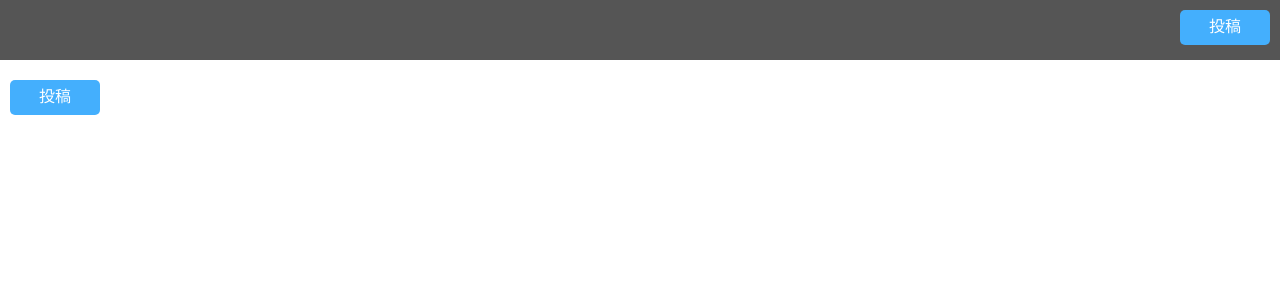
Repository: masaharu0090/yuibon_001
Page: http://localhost/html/index.php
The author's editor kept a copy of each file at every save. The page is drawn from the files as they stood at one save, then again after the next save.
The browser window is 1280 px wide. The pictures show the whole page.
The page is run by PHP 8.4 with error messages shown; the project is at /var/www/html/. Queries for data that is not in the repository find no rows.

Above is the page before, as saved 2023-08-01 16:03:20.

### ImagePosting_08.04/html/index.php
<!DOCTYPE html>
<html lang="ja">
<head>
  <meta charset="UTF-8">
  <meta http-equiv="X-UA-Compatible" content="IE=edge">
  <meta name="viewport" content="width=device-width, initial-scale=1.0">
  <link rel="stylesheet" href="../style.css">
  <title>画像投稿アプリ</title>
</head>
<body>
  <?php include('../dbConfig.php') ?>
  <?php include('../getDatas.php') ?>
  <?php include('./header.php') ?>
  <div class="imageList">
    <?php foreach ($data as $image) { ?>
      <a href="./imageDetail.php?id=<?php echo $image['id']; ?>"><img src="../images/<?php echo $image['file_name']; ?>" alt="投稿画像"></a>
    <?php }; ?>
</div>
<div>
    <button class="postImage" onclick="location.href='./postImageForm.php';">投稿</button>
  </div>
</body>
</html>

### ImagePosting_08.04/dbConfig.php
<?php

$dbName = "mysql:host=localhost;dbname=imageposting";
$userName = "yuibonn_user";
$password = "yuibonn0900";

try {
    $db = new PDO($dbName, $userName, $password);
} catch (\Throwable $th) {
    exit();
}

### ImagePosting_08.04/getDatas.php
<?php

$uri = $_SERVER['REQUEST_URI'];

if (strpos($uri, 'imageDetail.php') !== false) {
    $imageId = $_GET['id'];
    $sql = "SELECT * FROM images WHERE id = " . $imageId;

    $sth = $db->prepare($sql);
    $sth->execute();
    $data['image'] = $sth->fetch();

    $sql2 = "SELECT * FROM comments WHERE image_id = " . $imageId . " ORDER BY create_date DESC";

    $sth = $db->prepare($sql2);
    $sth->execute();
    $data['comments'] = $sth->fetchAll();
    $countComment = count($data['comments']);
} else {
    $sql = "SELECT * FROM images ORDER BY create_date DESC";

    $sth = $db->prepare($sql);
    $sth->execute();
    $data = $sth->fetchAll();
}

return $data;

### ImagePosting_08.04/html/header.php
<!DOCTYPE html>
<html lang="ja">
<head>
  <meta charset="UTF-8">
  <meta http-equiv="X-UA-Compatible" content="IE=edge">
  <meta name="viewport" content="width=device-width, initial-scale=1.0">
  <link rel="stylesheet" href="../style.css">
  <title>画像投稿アプリ</title>
</head>
<body>
  <div class="header">
    <button class="postImage" onclick="location.href='./postImageForm.php';">投稿</button>
  </div>
</body>
</html>

### ImagePosting_08.04/style.css
/*! destyle.css v3.0.2 | MIT License | https://github.com/nicolas-cusan/destyle.css */

/* Reset box-model and set borders */
/* ============================================ */

*,
::before,
::after {
  box-sizing: border-box;
  border-style: solid;
  border-width: 0;
}

/* Document */
/* ============================================ */

/**
 * 1. Correct the line height in all browsers.
 * 2. Prevent adjustments of font size after orientation changes in iOS.
 * 3. Remove gray overlay on links for iOS.
 */

html {
  line-height: 1.15; /* 1 */
  -webkit-text-size-adjust: 100%; /* 2 */
  -webkit-tap-highlight-color: transparent; /* 3*/
}

/* Sections */
/* ============================================ */

/**
 * Remove the margin in all browsers.
 */

body {
  margin: 0;
}

/**
 * Render the `main` element consistently in IE.
 */

main {
  display: block;
}

/* Vertical rhythm */
/* ============================================ */

p,
table,
blockquote,
address,
pre,
iframe,
form,
figure,
dl {
  margin: 0;
}

/* Headings */
/* ============================================ */

h1,
h2,
h3,
h4,
h5,
h6 {
  font-size: inherit;
  font-weight: inherit;
  margin: 0;
}
/* Lists (enumeration) */
/* ============================================ */


ul,
ol {
  margin: 0;
  padding: 0;
  list-style: none;
}

/* Lists (definition) */
/* ============================================ */

dt {
  font-weight: bold;
}

dd {
  margin-left: 0;
}

/* Grouping content */
/* ============================================ */

/**
 * 1. Add the correct box sizing in Firefox.
 * 2. Show the overflow in Edge and IE.
 */

hr {
  box-sizing: content-box; /* 1 */
  height: 0; /* 1 */
  overflow: visible; /* 2 */
  border-top-width: 1px;
  margin: 0;
  clear: both;
  color: inherit;
}

/**
 * 1. Correct the inheritance and scaling of font size in all browsers.
 * 2. Correct the odd `em` font sizing in all browsers.
 */

pre {
  font-family: monospace, monospace; /* 1 */
  font-size: inherit; /* 2 */
}

address {
  font-style: inherit;
}

/* Text-level semantics */
/* ============================================ */

/**
 * Remove the gray background on active links in IE 10.
 */

a {
  background-color: transparent;
  text-decoration: none;
  color: inherit;
}

/**
 * 1. Remove the bottom border in Chrome 57-
 * 2. Add the correct text decoration in Chrome, Edge, IE, Opera, and Safari.
 */

abbr[title] {
  text-decoration: underline dotted; /* 2 */
}

/**
 * Add the correct font weight in Chrome, Edge, and Safari.
 */

b,
strong {
  font-weight: bolder;
}

/**
 * 1. Correct the inheritance and scaling of font size in all browsers.
 * 2. Correct the odd `em` font sizing in all browsers.
 */

code,
kbd,
samp {
  font-family: monospace, monospace; /* 1 */
  font-size: inherit; /* 2 */
}

/**
 * Add the correct font size in all browsers.
 */

small {
  font-size: 80%;
}

/**
 * Prevent `sub` and `sup` elements from affecting the line height in
 * all browsers.
 */

sub,
sup {
  font-size: 75%;
  line-height: 0;
  position: relative;
  vertical-align: baseline;
}

sub {
  bottom: -0.25em;
}

sup {
  top: -0.5em;
}

/* Replaced content */
/* ============================================ */

/**
 * Prevent vertical alignment issues.
 */

svg,
img,
embed,
object,
iframe {
  vertical-align: bottom;
}

/* Forms */
/* ============================================ */

/**
 * Reset form fields to make them styleable.
 * 1. Make form elements stylable across systems iOS especially.
 * 2. Inherit text-transform from parent.
 */

button,
input,
optgroup,
select,
textarea {
  -webkit-appearance: none; /* 1 */
  appearance: none;
  vertical-align: middle;
  color: inherit;
  font: inherit;
  background: transparent;
  padding: 0;
  margin: 0;
  border-radius: 0;
  text-align: inherit;
  text-transform: inherit; /* 2 */
}

/**
 * Reset radio and checkbox appearance to preserve their look in iOS.
 */

[type="checkbox"] {
  -webkit-appearance: checkbox;
  appearance: checkbox;
}

[type="radio"] {
  -webkit-appearance: radio;
  appearance: radio;
}

/**
 * Correct cursors for clickable elements.
 */

button,
[type="button"],
[type="reset"],
[type="submit"] {
  cursor: pointer;
}

button:disabled,
[type="button"]:disabled,
[type="reset"]:disabled,
[type="submit"]:disabled {
  cursor: default;
}

/**
 * Improve outlines for Firefox and unify style with input elements & buttons.
 */

:-moz-focusring {
  outline: auto;
}

select:disabled {
  opacity: inherit;
}

/**
 * Remove padding
 */

option {
  padding: 0;
}

/**
 * Reset to invisible
 */

fieldset {
  margin: 0;
  padding: 0;
  min-width: 0;
}

legend {
  padding: 0;
}

/**
 * Add the correct vertical alignment in Chrome, Firefox, and Opera.
 */

progress {
  vertical-align: baseline;
}

/**
 * Remove the default vertical scrollbar in IE 10+.
 */

textarea {
  overflow: auto;
}

/**
 * Correct the cursor style of increment and decrement buttons in Chrome.
 */

[type="number"]::-webkit-inner-spin-button,
[type="number"]::-webkit-outer-spin-button {
  height: auto;
}

/**
 * 1. Correct the outline style in Safari.
 */

[type="search"] {
  outline-offset: -2px; /* 1 */
}

/**
 * Remove the inner padding in Chrome and Safari on macOS.
 */

[type="search"]::-webkit-search-decoration {
  -webkit-appearance: none;
}

/**
 * 1. Correct the inability to style clickable types in iOS and Safari.
 * 2. Fix font inheritance.
 */

::-webkit-file-upload-button {
  -webkit-appearance: button; /* 1 */
  font: inherit; /* 2 */
}

/**
 * Clickable labels
 */

label[for] {
  cursor: pointer;
}

/* Interactive */
/* ============================================ */

/*
 * Add the correct display in Edge, IE 10+, and Firefox.
 */

details {
  display: block;
}

/*
 * Add the correct display in all browsers.
 */

summary {
  display: list-item;
}

/*
 * Remove outline for editable content.
 */

[contenteditable]:focus {
  outline: auto;
}

/* Tables */
/* ============================================ */

/**
1. Correct table border color inheritance in all Chrome and Safari.
*/

table {
  border-color: inherit; /* 1 */
  border-collapse: collapse;
}

caption {
  text-align: left;
}

td,
th {
  vertical-align: top;
  padding: 0;
}

th {
  text-align: left;
  font-weight: bold;
}

/* 共通CSS */
/* ヘッダーCSS */
.header {
  width: 100%;
  height: 60px;
  background-color: #555555;
  display: flex;
  justify-content: end;
}

.postImage {
  margin: 10px;
}

/* 画像投稿アプリ用buttonタグCSS */
button {
  color: #fff;
  background-color: #44AFFD;
  width: 90px;
  height: 35px;
  text-align: center;
  border-radius: 5px;
}

/* 画像一覧ページ */
.imageList {
  width: 80%;
  margin: 10px auto 0 auto;
  display: flex;
  flex-wrap: wrap;
  justify-content: center;
}

.imageList img {
  width: 300px;
  height: 200px;
  object-fit: cover;
  margin: 10px;
  cursor: pointer;
}

.imageList img:hover {
  opacity: 70%;
}

/* 画像一覧ページ.ページネーション */
.pagination {
  display: flex;
  justify-content: center;
}

.pagination li {
  display: inline;
  padding:10px 15px;
  margin: 3px;
  border:1px #ccc solid;color:#000053;
  border-radius: 5px;
  cursor: pointer;
}

/* 画像詳細ページ */
.detailImageBox {
  width: 80%;
  margin: 50px auto 0 auto;
  text-align: center;
  display: flex;
}

/* 画像 */
.detailImage {
  width: 60%;
}

.detailImage img {
  width: 100%;
  height: 460px;
  object-fit: cover;
}

.detailImagButton {
  width: 50%;
  margin: 10px auto 30px auto;
  display: flex;
  justify-content: space-around;
}

.updateButton {
  background-color: #78E40C;
}

.deleteButton {
  background-color: #FF0000;
}

/* 画像詳細ページ.コメント */
.comment {
  width: 40%;
  margin-left: 40px;
  text-align: left;
  list-style: none;
}

.comment ul {
  height: 280px;
  overflow-y: scroll;
}

.commentTitle {
  font-size: 20px;
  font-weight: bold;
  margin-bottom: 30px;
}

.comment li {
  margin-bottom: 20px;
}

textarea {
  width: 90%;
  height: 100px;
  resize: none;
  border: 1px solid #ccc;
  margin: 20px 0;
  border-radius: 5px;
}

.submitComment {
  width: 100%;
  margin: 0 auto;
  text-align: center;
}

.submitImage {
  width: 60%;
  margin: 100px auto 0 auto;
  text-align: center;
}

#preview {
  margin: 0 auto;
  width: 400px;
  height: 280px;
  object-fit: cover;
  border: 1px dashed #ccc;
}

.submitImage input {
  width: 90%;
  border: 1px dashed #ccc;
  margin: 50px;
}

.backButton {
  margin-top: 30px;
}

After the next save:
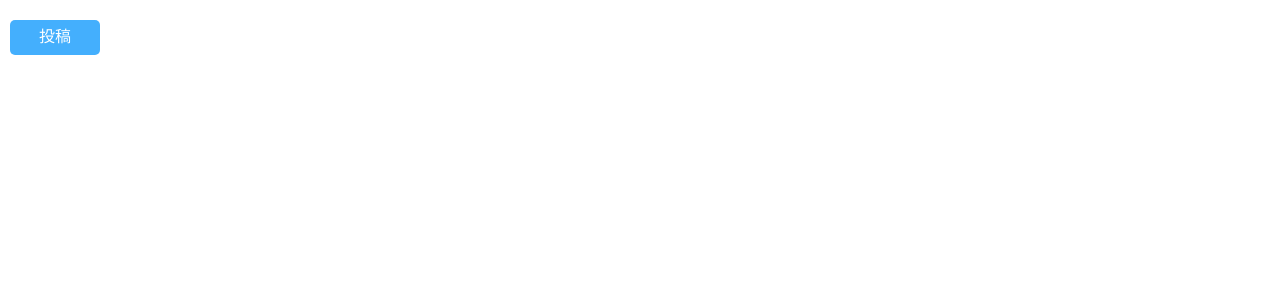
Saved 23 s later.
--- a/ImagePosting_08.04/html/index.php
+++ b/ImagePosting_08.04/html/index.php
@@ -10,7 +10,7 @@
 <body>
   <?php include('../dbConfig.php') ?>
   <?php include('../getDatas.php') ?>
-  <?php include('./header.php') ?>
+
   <div class="imageList">
     <?php foreach ($data as $image) { ?>
       <a href="./imageDetail.php?id=<?php echo $image['id']; ?>"><img src="../images/<?php echo $image['file_name']; ?>" alt="投稿画像"></a>
